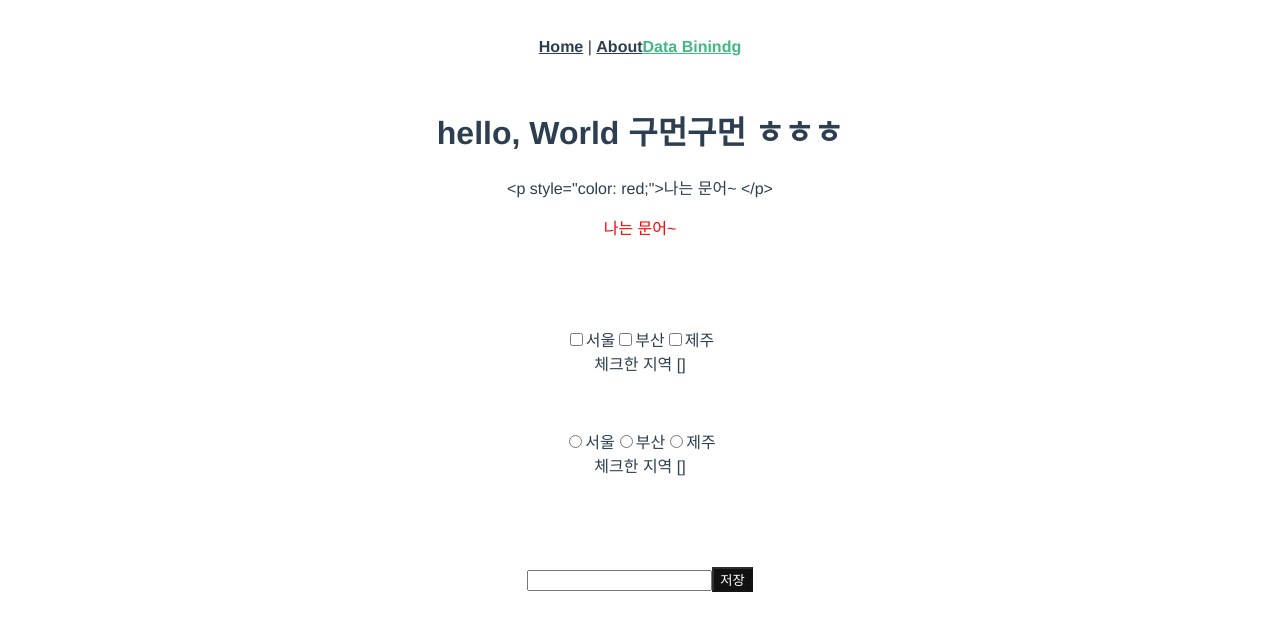
Repository: jang0ha/vue
Page: /databinding
The author's editor kept a copy of each file at every save. The page is drawn from the files as they stood at one save, then again after the next save.
The browser window is 1280 px wide. The pictures show the whole page.
The project was rebuilt for these pictures with package versions that can differ from the ones it lists, and the page was loaded fresh each time. Also part of the build but not shown: vue.config.js, src/components/HelloWorld.vue, src/views/HomeView.vue, src/views/AboutView.vue.

Above is the page before, as saved 2022-04-06 12:25:14.

After the next save:
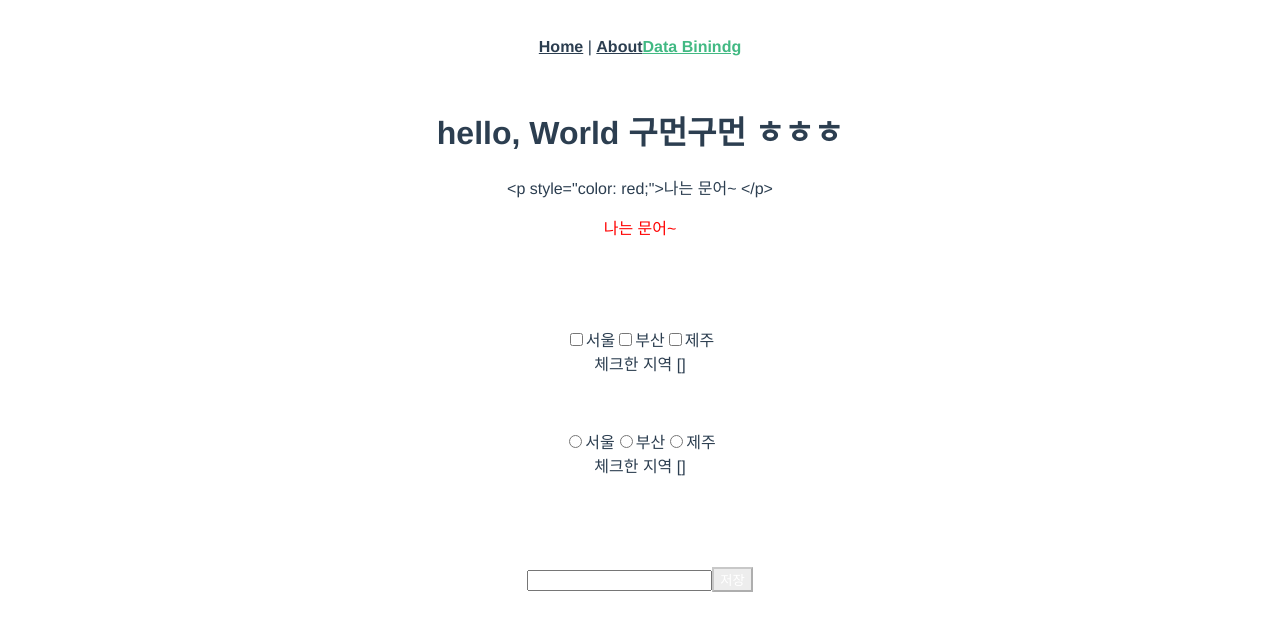
Saved 18 s later.
--- a/src/views/DataBinding.vue
+++ b/src/views/DataBinding.vue
@@ -20,7 +20,7 @@
         <span>체크한 지역 {{picked}}</span>
         <br><br><br><br><br><br>
         <input type="text" name="" id="" v-model="textValue">
-        <button type="button" style="background:#111; color:#fff; outline:0;" v-bind:disabled="textValue==''">저장</button>
+        <button type="button" style="" v-bind:disabled="textValue==''">저장</button>
     </div>
 </template>
 <script>
@@ -40,5 +40,8 @@
 </script>
 
 <style>
+button{
+    background:#111; color:#fff; outline:0;
+}
     button:disabled{background:#ededed;}
 </style>
